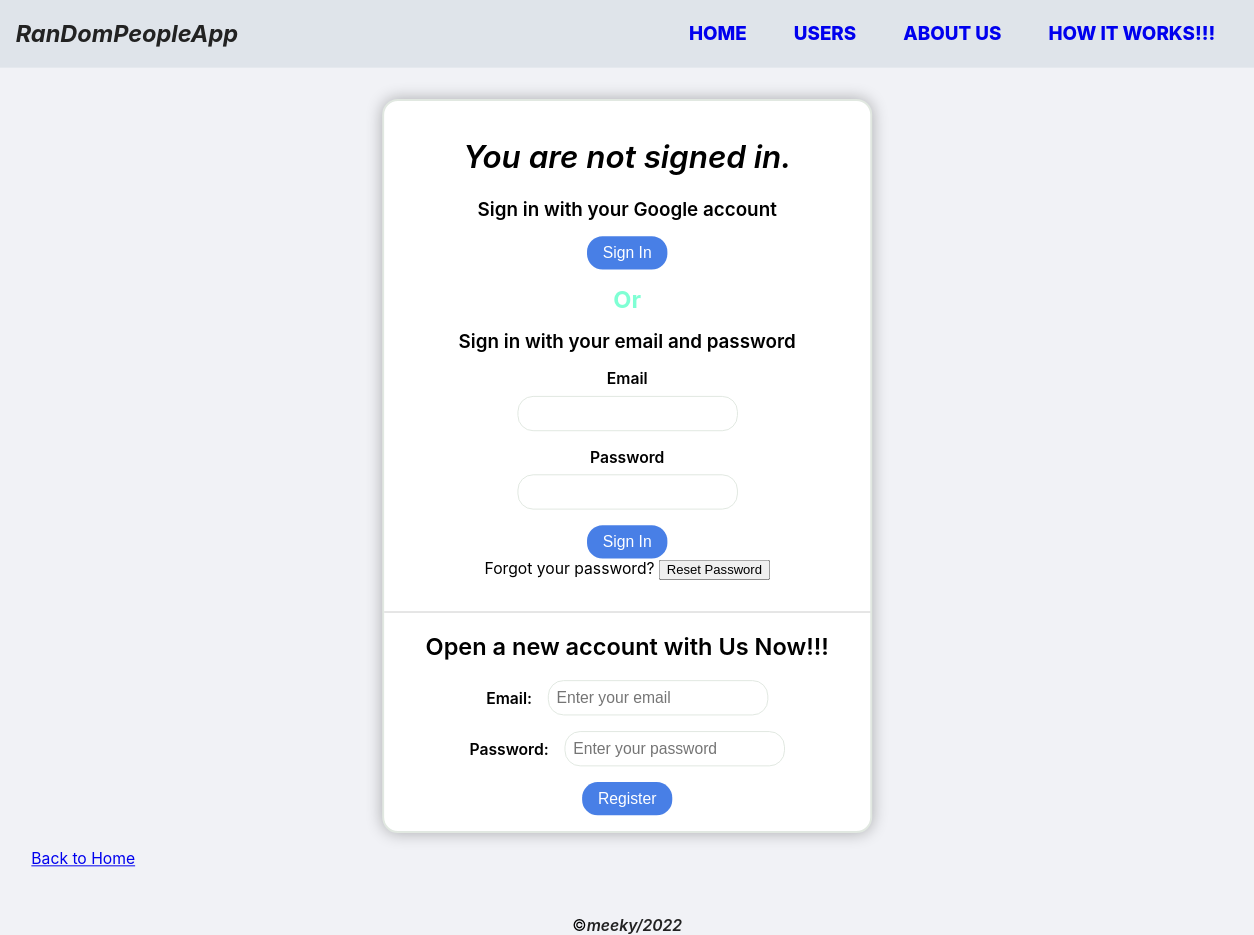
Repository: MikkyPrestige/RandomProfiles
Page: /profileDisplay
An editor plug-in stored every save of this project. The page is shown before and after the next save, followed by the edit.
The browser window is 1280 px wide. The pictures show the whole page, at 98% of full size.
The page's requests for data from a server got no answer. The project was rebuilt for these pictures with package versions that can differ from the ones it lists, and the page was loaded fresh each time. Some packages were replaced by stand-ins written for this rebuild. No one was signed in, and anything a server would have sent is missing. Also part of the build but not shown: src/assets/styles/home.css, src/components/home.jsx, src/assets/styles/users.css, src/components/users.jsx, src/assets/styles/search.css, src/components/search.jsx, src/assets/styles/help.css, src/components/help.jsx and 6 more.

Above is the page before, as saved 2022-12-03 03:24:14.

After the next save:
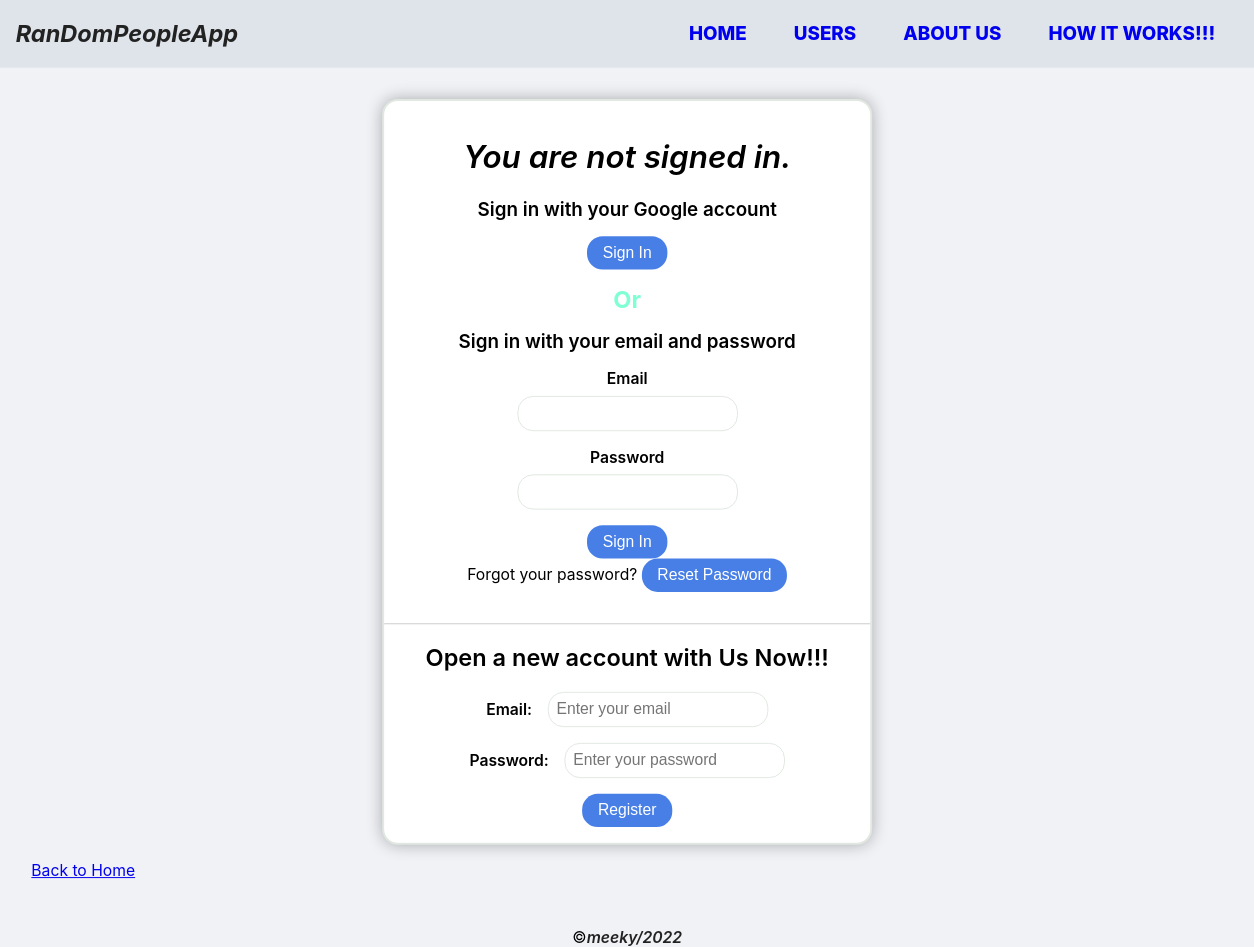
Saved 2 min 1 s later.
--- a/src/components/profileDisplay.jsx
+++ b/src/components/profileDisplay.jsx
@@ -189,13 +189,12 @@ const ProfileDisplay = () => {
                       Sign In
                     </button>
                 </form>
-                    Forgot your password?{" "}
-                    <button type="submit" onClick={handlePasswordReset}>
-                      Reset Password
-                    </button>
-                    {/* <Link to="/reset" className="register__link">
-                      Reset Password
-                    </Link> */}
+                <div>
+                <span>Forgot your password?{" "}</span>
+                <button onClick={handlePasswordReset} className="sign__btn">
+                Reset Password
+                </button>
+                </div>
               </div>
               <div className="register__container">
                 <h2 className="register__title">
